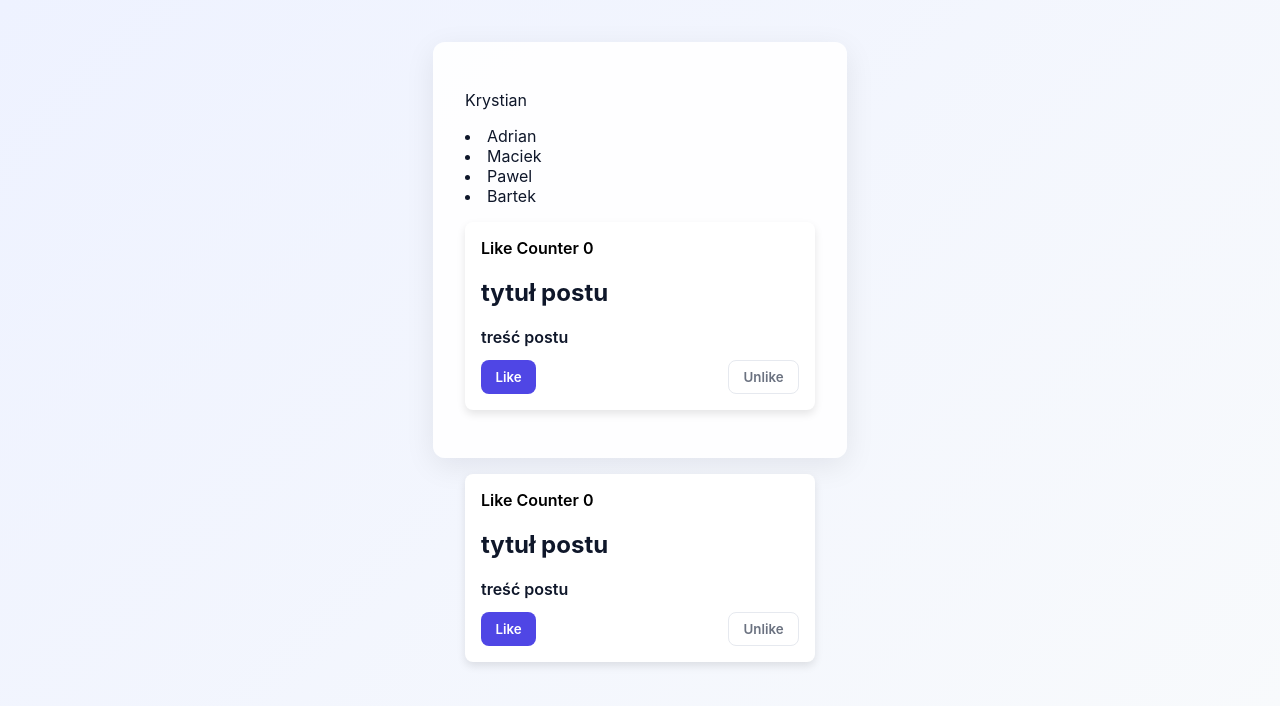
Repository: KrystianTrzy/reactapt
Page: /
An editor plug-in stored every save of this project. The page is shown before and after the next save, followed by the edit.
The browser window is 1280 px wide. The pictures show the whole page.
The project was rebuilt for these pictures with package versions that can differ from the ones it lists, and the page was loaded fresh each time.

Above is the page before, as saved 2025-11-22 09:25:51.

### src/index.js
import React from 'react';
import ReactDOM from 'react-dom/client';
import './index.css';
import App from './components/App/App';
import LikeCounter from './components/App/LikeCounter/LikeCounter';

const root = ReactDOM.createRoot(document.getElementById('root'));
root.render(
  <React.StrictMode>
    <div>
      <App />
      <LikeCounter />
    </div>
  </React.StrictMode>
);

// If you want to start measuring performance in your app, pass a function
// to log results (for example: reportWebVitals(console.log))
// or send to an analytics endpoint. Learn more: https://bit.ly/CRA-vitals

### src/index.css
:root {
	--bg: #f6f8ff;
	--card: #ffffff;
	--accent: #4f46e5;
	--muted: #6b7280;
	--radius: 12px;
}

* {
	box-sizing: border-box;
}

html, body, #root {
	height: 100%;
}

body {
	margin: 0;
	font-family: Inter, system-ui, -apple-system, 'Segoe UI', Roboto, 'Helvetica Neue', Arial;
	background: linear-gradient(135deg, #eef2ff 0%, #f8fafc 100%);
	color: #0f172a;
	-webkit-font-smoothing: antialiased;
	-moz-osx-font-smoothing: grayscale;
}

#root {
	display: flex;
	align-items: center;
	justify-content: center;
	padding: 2rem;
}

.App {
	width: 100%;
	max-width: 920px;
	background: rgba(255,255,255,0.9);
	border-radius: var(--radius);
	box-shadow: 0 8px 30px rgba(2,6,23,0.08);
	padding: 2rem;
}

ul {
	padding-left: 1.1rem;
}

button {
	font-family: inherit;
}

### src/components/App/App.js
import LikeCounter from './LikeCounter/LikeCounter';

function App() {
  const name = "Krystian";
  const names =['Adrian', 'Maciek', 'Pawel', 'Bartek'];
  return (
    <>
      <div className="App">
          <p>
            {name.length > 4 ? name : 'Hello firends'}
          </p>
          <p> {names.map((name) => <li key={name}>{name}</li>) }</p>
          <LikeCounter />
      </div>
    </>
  );
}

export default App;

### src/components/App/LikeCounter/LikeCounter.js
import React, { useState } from 'react'
import './LikeCounter.css'

function LikeCounter() {
    const [likes, setLikes] = useState(0);
    const handleLike = () => {
        setLikes(likes + 1);
    };

    const handleUnlike = () => {
        if (likes > 0) {
            setLikes(likes - 1);
        }
    };

    return (
        <div className="post">
            <p style={{ color: likes > 0 ? 'blue' : 'black' }}>Like Counter {likes}</p>
            <h2>tytuł postu</h2>
            <p>treść postu</p>
            <div className="actions">
                <button onClick={handleLike}>Like</button>
                <button onClick={handleUnlike}>Unlike</button>
            </div>
        </div>
    )
}

export default LikeCounter;

### src/components/App/LikeCounter/LikeCounter.css
.post {
    box-shadow: 0 4px 8px rgba(0, 0, 0, 0.1);
    padding: 1rem;
    width: 350px;
    border-radius: 0.5rem;
}

.actions {
    display: flex;
    flex-direction: row;
    justify-content: space-between;
}

.post {
    background: var(--card);
    margin: 1rem auto;
    color: #0f172a;
}

.post p {
    margin: 0 0 0.8rem 0;
    font-weight: 600;
}

.actions button {
    padding: 0.5rem 0.9rem;
    border-radius: 8px;
    border: none;
    cursor: pointer;
    font-weight: 600;
}

.actions button:first-child {
    background: var(--accent);
    color: white;
}

.actions button:last-child {
    background: transparent;
    color: var(--muted);
    border: 1px solid #e6e9ef;
}

.actions button:hover {
    transform: translateY(-1px);
}

Loaded but not shown: public/index.html (common file)

After the next save:
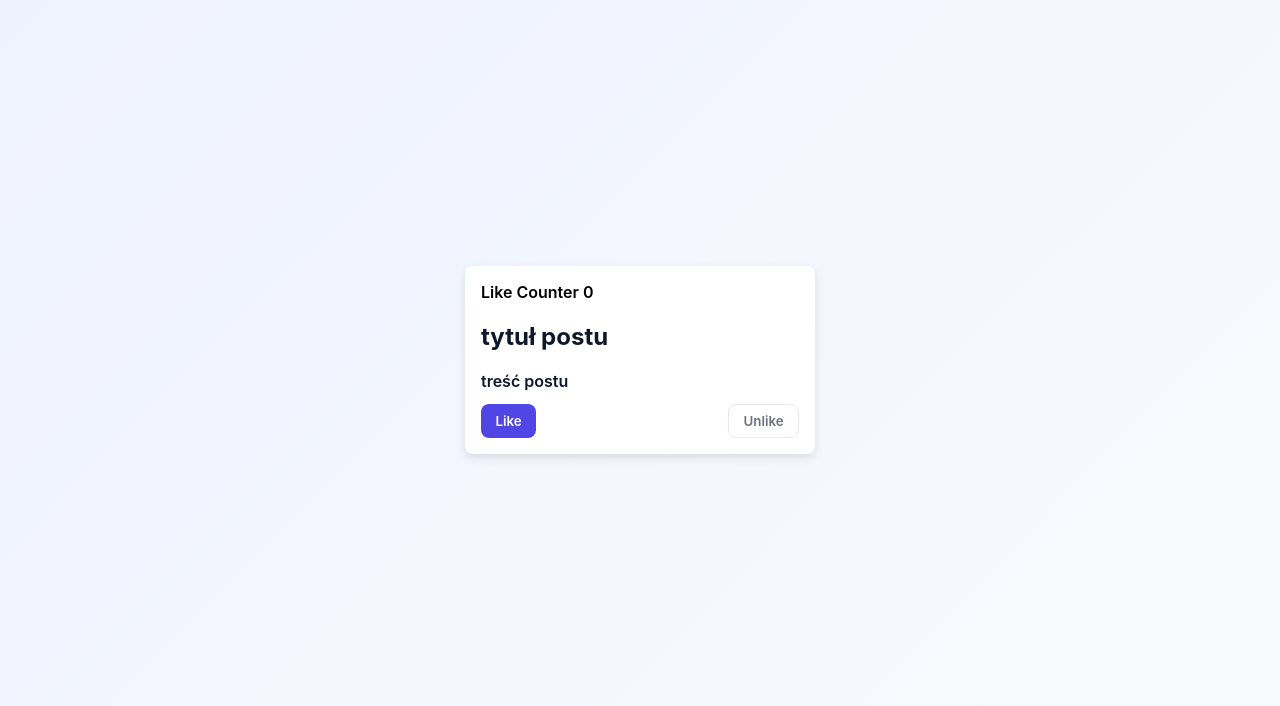
Saved 8 s later.
--- a/src/index.js
+++ b/src/index.js
@@ -8,7 +8,7 @@
 root.render(
   <React.StrictMode>
     <div>
-      <App />
+
       <LikeCounter />
     </div>
   </React.StrictMode>

After the save that followed:
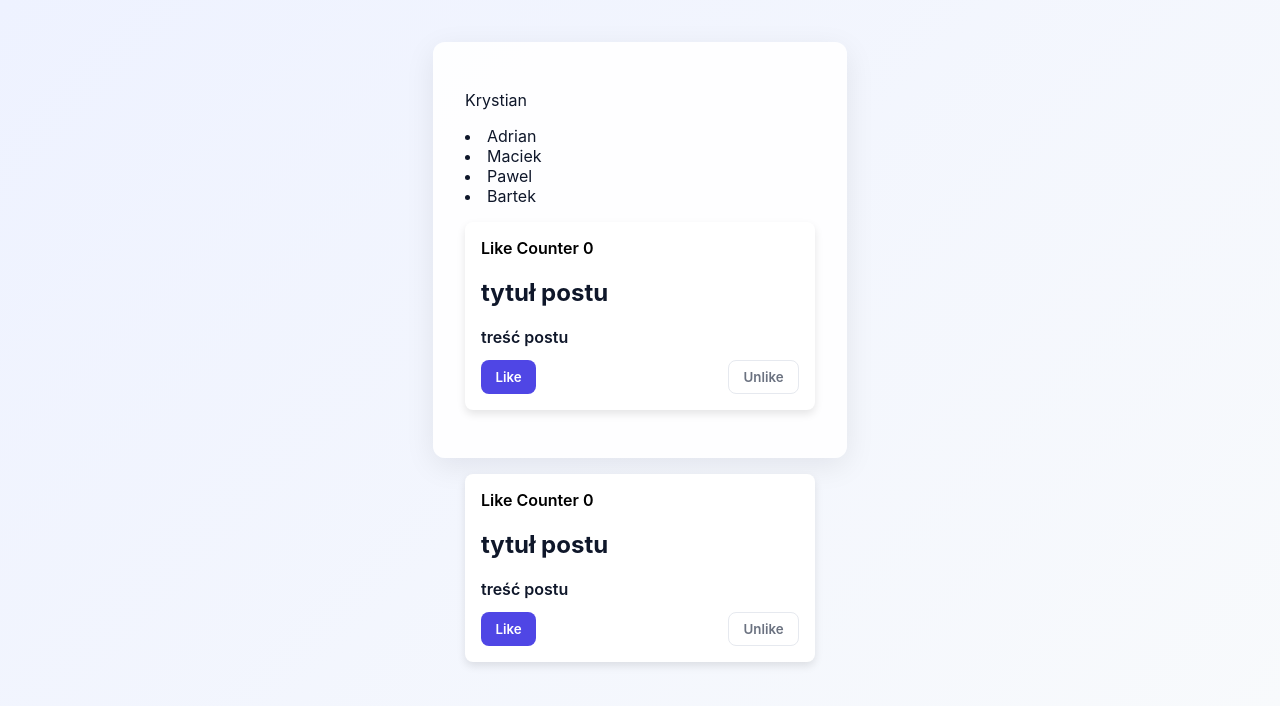
Saved 12 s later.
--- a/src/index.js
+++ b/src/index.js
@@ -8,7 +8,7 @@
 root.render(
   <React.StrictMode>
     <div>
-
+      <App />
       <LikeCounter />
     </div>
   </React.StrictMode>
